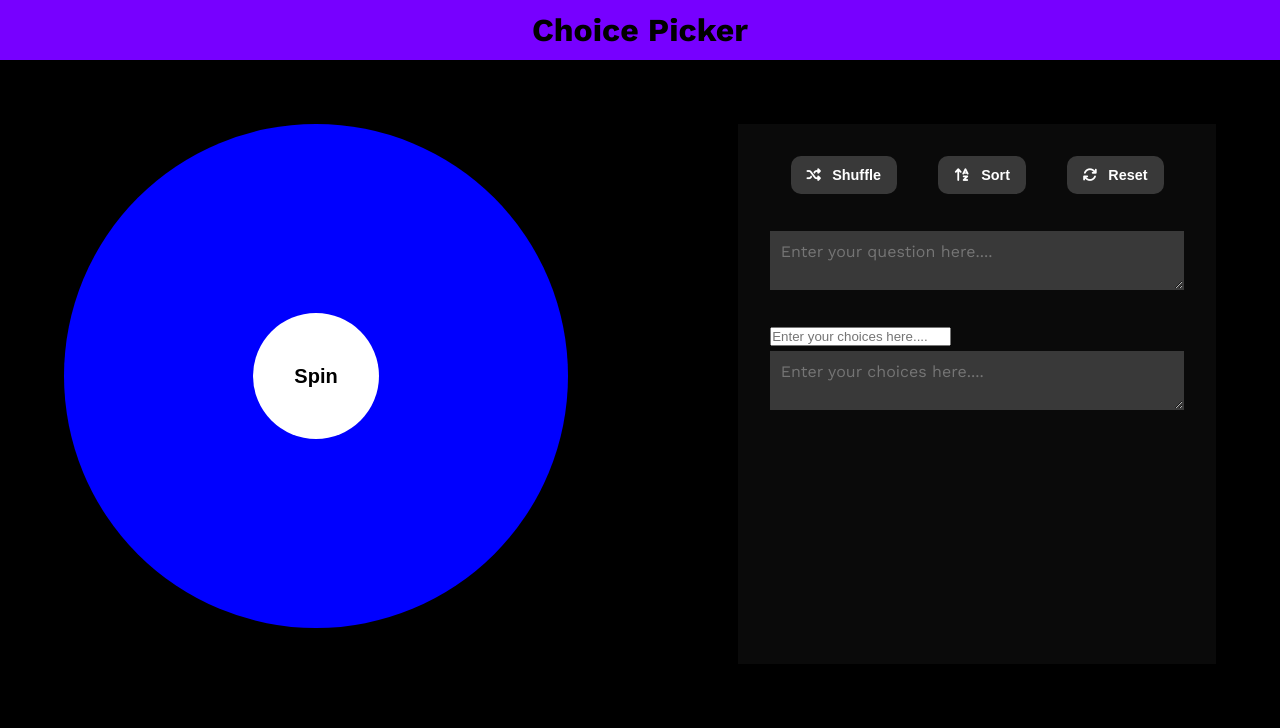
Repository: emiliaiwu/choice_wheel_spinner
Page: index.html
These files come from the project's save history. The page is drawn as it stood at one moment and after the next save; the edit follows.
The browser window is 1280 px wide. The pictures show the whole page.
Some web libraries are served in a nearby version.

Above is the page before, as saved 2023-01-10 01:22:30.

### index.html
<!DOCTYPE html>
<html lang="en">
<head>
    <meta charset="UTF-8">
    <meta http-equiv="X-UA-Compatible" content="IE=edge">
    <meta name="viewport" content="width=device-width, initial-scale=1.0">
    <script src="https://kit.fontawesome.com/fd9c36575f.js" crossorigin="anonymous"></script>
    <link rel="stylesheet" href="style.css">
    <script defer src="script.js"></script>
    <title>Choice Picker</title>
</head>
<body>
    <header>
        <h1>Choice Picker</h1>
    </header>
    <div class="container">
        <div class="choice_picker_container">
            <div class="choice_picker">
                <div class="circle">
                    <button class="spin">
                        <h2>Spin</h2>
                    </button>
                </div>
            </div>
            <div class="choice_details">
                <div class="choice_style">
                    <button class="shuffle btn"><i class="fa-solid fa-shuffle"></i>Shuffle</button>
                    <button class="sort btn"><i class="fa-solid fa-arrow-up-a-z"></i>Sort</button>
                    <button class="reset btn"><i class="fa-solid fa-arrows-rotate"></i>Reset</button>
                </div>
                <div class="question">
                    <textarea name="question" id="question" placeholder="Enter your question here...."></textarea>
                </div>
                <div class="make_choices">
                    <input type="text" placeholder="Enter your choices here....">
                    <textarea name="choices" id="choices" placeholder="Enter your choices here...."></textarea>
                </div>
                <div class="listed_choices">
                    <!-- <span class="choice">Berry</span>
                    <span class="choice">Berry question</span>
                    <span class="choice">Berry</span>
                    <span class="choice">Berry question</span>
                    <span class="choice">Berry</span>
                    <span class="choice">Berry question</span>
                    <span class="choice">Berry</span>
                    <span class="choice">Berry question</span> -->
                </div>
            </div>
        </div>
        <div class="picked_choice">

        </div>
    </div>
</body>
</html>

### style.css
@import url('https://fonts.googleapis.com/css2?family=Work+Sans:ital,wght@0,400;0,500;1,600;2,700&display=swap');

* {
    padding: 0;
    margin: 0;
    box-sizing: border-box;
}


body {
    background-color: #000000;
    font-family: 'Work Sans', sans-serif;
    max-width: 100vw;
    min-height: 100vh;
    color: #ffffff;

}

header {
    height: 60px;
    width: 100%;
    background-color:rgb(119, 0, 255);
    color: #000;

}

header,
.spin {
    display: flex;
    align-items: center;
    justify-content: center;

}

.container {
    padding: 5%;
}

.container,
.choice_picker {
    width: 100%;
    height: 100%;
}

.choice_picker_container {
    display: flex;
    align-items: flex-start;
    justify-content: space-between;
    gap: 2rem;
}

.circle {
    width: 70vmin;
    height: 70vmin;
    background-color: blue;
    border-radius: 50%;
    position: relative;
}

.spin {
    width: 25%;
    height: 25%;
    background-color: #FFFFFF;
    position: absolute;
    border-radius: 50%;
    top: 50%;
    left: 50%;
    transform: translate(-50%, -50%);
    outline: none;
    border: none;
}


.choice_details {
    padding: 2rem;
    height: 75vh;
    width: 70%;
    background-color: #0a0a0a;
    display: flex;
    flex-direction: column;
    gap: 2rem;

}

.choice_style {
    display: flex;
    justify-content: space-around;
    align-items: center;
    /* margin-bottom: 2rem; */
}

.btn {
    padding: .7rem 1rem;
    font-size: .9rem;
    font-weight: 600;
    border-radius: 10px;
    background-color: #393939;
    border: none;
    color: #FFFFFF;
}

.fa-solid {
    margin-right: .7rem;
}

label {
    font-weight: 600;
    font-size: 1.1rem;
}


textarea {
    padding: .6rem;
    width: 100%;
    font-size: 1rem;
    border: 1px solid #393939;
    outline: none;
    margin-top: .3rem;
    background-color: #393939;
    color: #FFFFFF;
    font-family: inherit;
}

.listed_choices {
    width: 100%;
    height: 100%;
}

.choice {
    display: inline-block;
    padding: .7rem 1rem;
    background-color: blueviolet;
    border-radius: 10px;
    margin: 0 5px 15px 0px;
}



@media only screen and (max-width: 600px) {
    .choice_picker_container {
        flex-direction: column;
        justify-content: center;
        align-items: center;
    }
}

### script.js
'use strict';


// Select elements
const questionTextArea = document.getElementById('question');
const choicesTextArea = document.getElementById('choices');
const choiceContainer = document.querySelector('.listed_choices');








choicesTextArea.addEventListener("keydown", (e) => {
    if (e.key === "Enter") {
        const choice = document.createElement('span');
        choice.classList.add('choice');
        choice.innerText = choicesTextArea.value;
        choiceContainer.prepend(choice);
        choicesTextArea.value = '';
    }
});

After the next save:
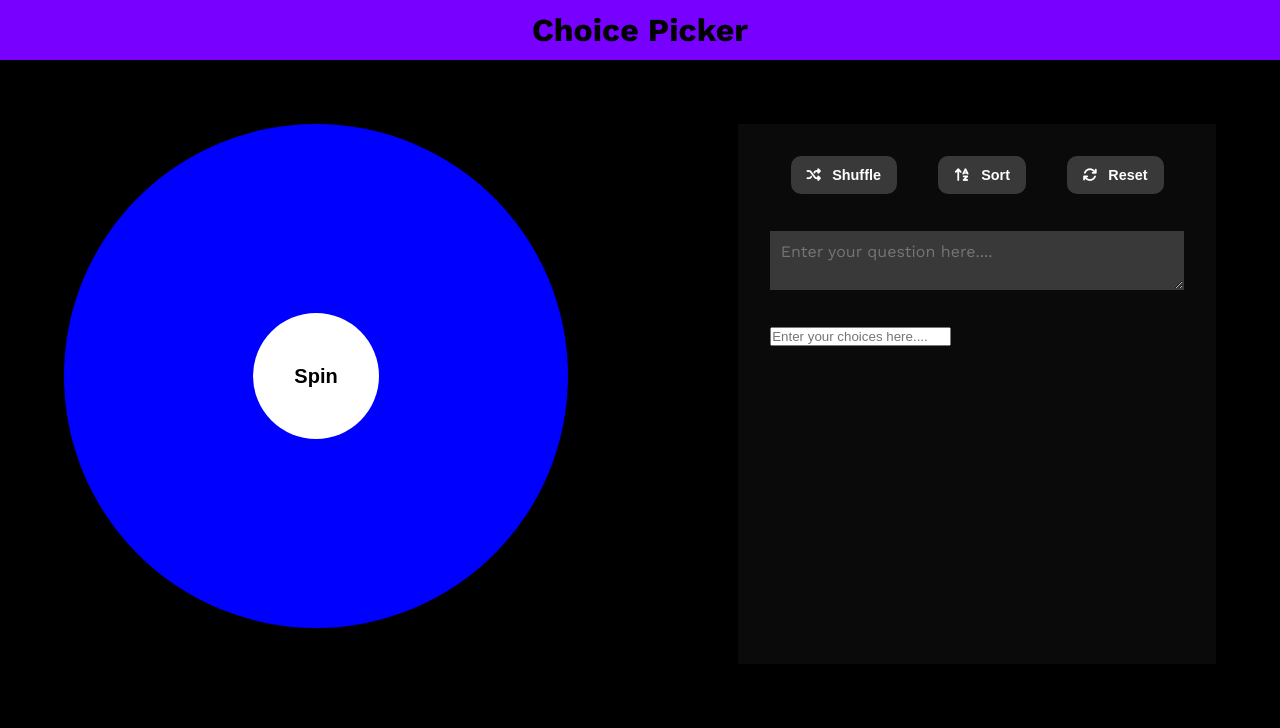
Console error: TypeError: Cannot read properties of null (reading 'addEventListener')
Saved 20 s later.
--- a/index.html
+++ b/index.html
@@ -33,7 +33,7 @@
                 </div>
                 <div class="make_choices">
                     <input type="text" placeholder="Enter your choices here....">
-                    <textarea name="choices" id="choices" placeholder="Enter your choices here...."></textarea>
+                    <!-- <textarea name="choices" id="choices" placeholder="Enter your choices here...."></textarea> -->
                 </div>
                 <div class="listed_choices">
                     <!-- <span class="choice">Berry</span>
